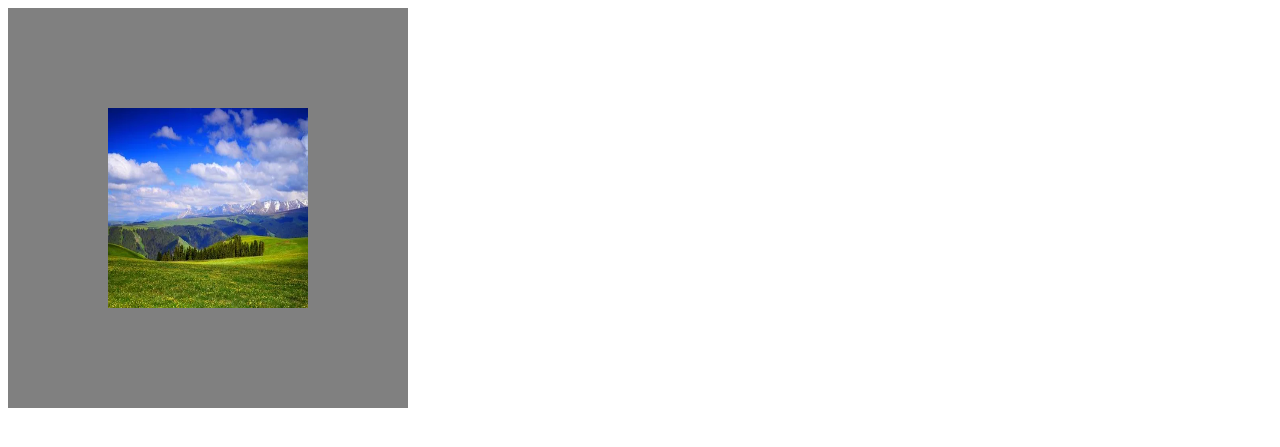
Repository: 123648923/html5-css3
Page: css/15 盒子模型/16 布局小技巧_03.html
The author's editor kept a copy of each file at every save. The page is drawn from the files as they stood at one save, then again after the next save.
The browser window is 1280 px wide. The pictures show the whole page.

Above is the page before, as saved 2023-11-07 14:30:35.

After the next save:
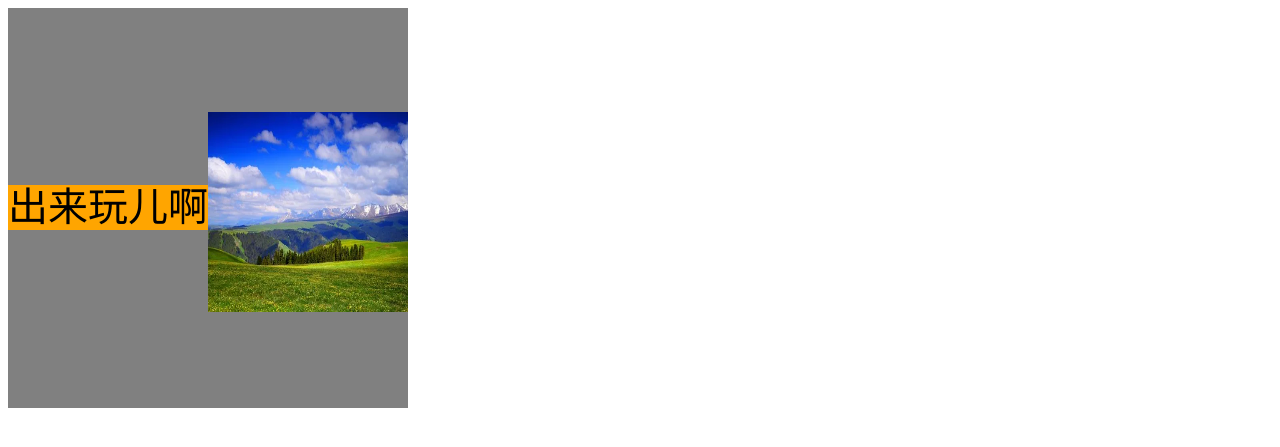
Saved 32 s later.
--- a/css/15 盒子模型/16 布局小技巧_03.html
+++ b/css/15 盒子模型/16 布局小技巧_03.html
@@ -11,7 +11,7 @@
             background-color: gray;
             text-align: center;
             line-height: 400px;
-            font-size: 0px;
+            font-size: 40px;
         }
 
         .inner {
